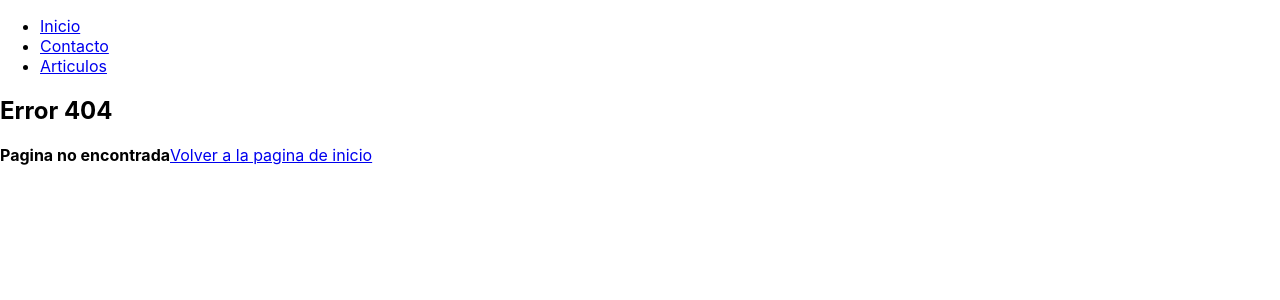
Repository: DamianBermudez94/react-router
Page: /persona
An editor plug-in stored every save of this project. The page is shown before and after the next save, followed by the edit.
The browser window is 1280 px wide. The pictures show the whole page.
The project was rebuilt for these pictures with package versions that can differ from the ones it lists, and the page was loaded fresh each time. Also part of the build but not shown: src/App.css, src/components/Inicio.js, src/components/Articulos.js, src/components/Contacto.js, src/components/ParametrosRutas.js.

Above is the page before, as saved 2023-04-29 11:33:38.

### src/App.js

import './App.css';
import { RouterPrincipal } from './routers/RouterPrincipal';

function App() {
  return (
    <RouterPrincipal/>
  );
}

export default App;

### src/routers/RouterPrincipal.js
import React from 'react'
import { Routes, Route, NavLink, BrowserRouter} from "react-router-dom";
import { Inicio } from '../components/Inicio'
import { Articulos } from '../components/Articulos';
import { Contacto } from '../components/Contacto';
import { Error } from '../components/Error'
import { ParametrosRutas } from '../components/ParametrosRutas';
export const RouterPrincipal = () => {
  return (
    <div>
        <BrowserRouter>
            <nav>
                <ul>
                  <li>
                      <NavLink to="/inicio" className={({isActive}) => isActive ?   "activado" : "" }>
                      Inicio
                      </NavLink></li>
                  <li>
                      <NavLink to="/contacto"  className={({isActive}) =>       isActive ? "activado" : "" }>
                      Contacto
                      </NavLink>
                    </li>
                  <li>
                      <NavLink to="/articulos"  className={({isActive}) => isActive ? "activado" : "" }>
                      Articulos
                      </NavLink>
                    </li>
                </ul>
            </nav>
            <Routes>
                <Route path='/' element={<Inicio/>}/>
                <Route path='/inicio' element={<Inicio/>}/>
                <Route path='/contacto' element={<Contacto/>}/>
                <Route path='/articulos' element={<Articulos />}/>
                <Route path='/parametrosRutas' element={<ParametrosRutas/>}/>
                <Route path='*' element={<Error/>}/>
            </Routes>

        </BrowserRouter>

    </div>
  )
}

### src/components/Error.js
import React from 'react'
import { Link } from 'react-router-dom'

export const Error = () => {
  return (
    <div>
        <h2>Error 404</h2>
        <strong>Pagina no encontrada</strong>
        <Link to="inicio">Volver a la pagina de inicio</Link>


    </div>
  )
}

Loaded but not shown: public/index.html (common file); src/index.js (common file); src/index.css (common file)

After the next save:
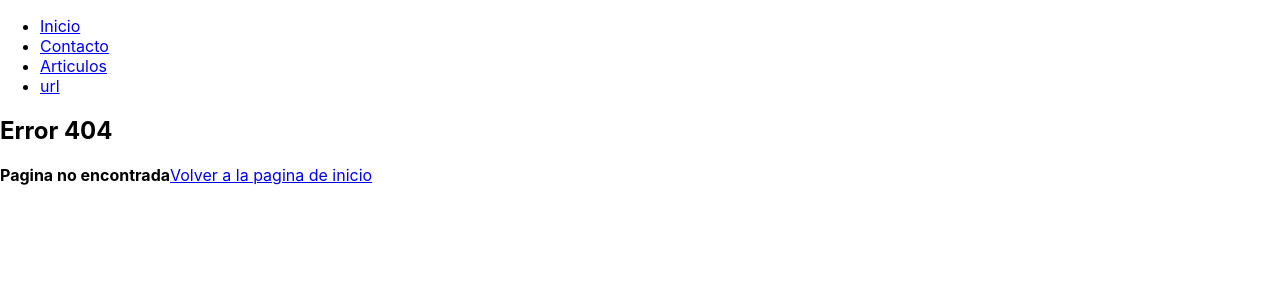
Saved 42 s later.
--- a/src/routers/RouterPrincipal.js
+++ b/src/routers/RouterPrincipal.js
@@ -25,6 +25,11 @@ export const RouterPrincipal = () => {
                       Articulos
                       </NavLink>
                     </li>
+                    <li>
+                      <NavLink to="/parametrosRutas"  className={({isActive}) => isActive ? "activado" : "" }>
+                      url
+                      </NavLink>
+                    </li>
                 </ul>
             </nav>
             <Routes>
